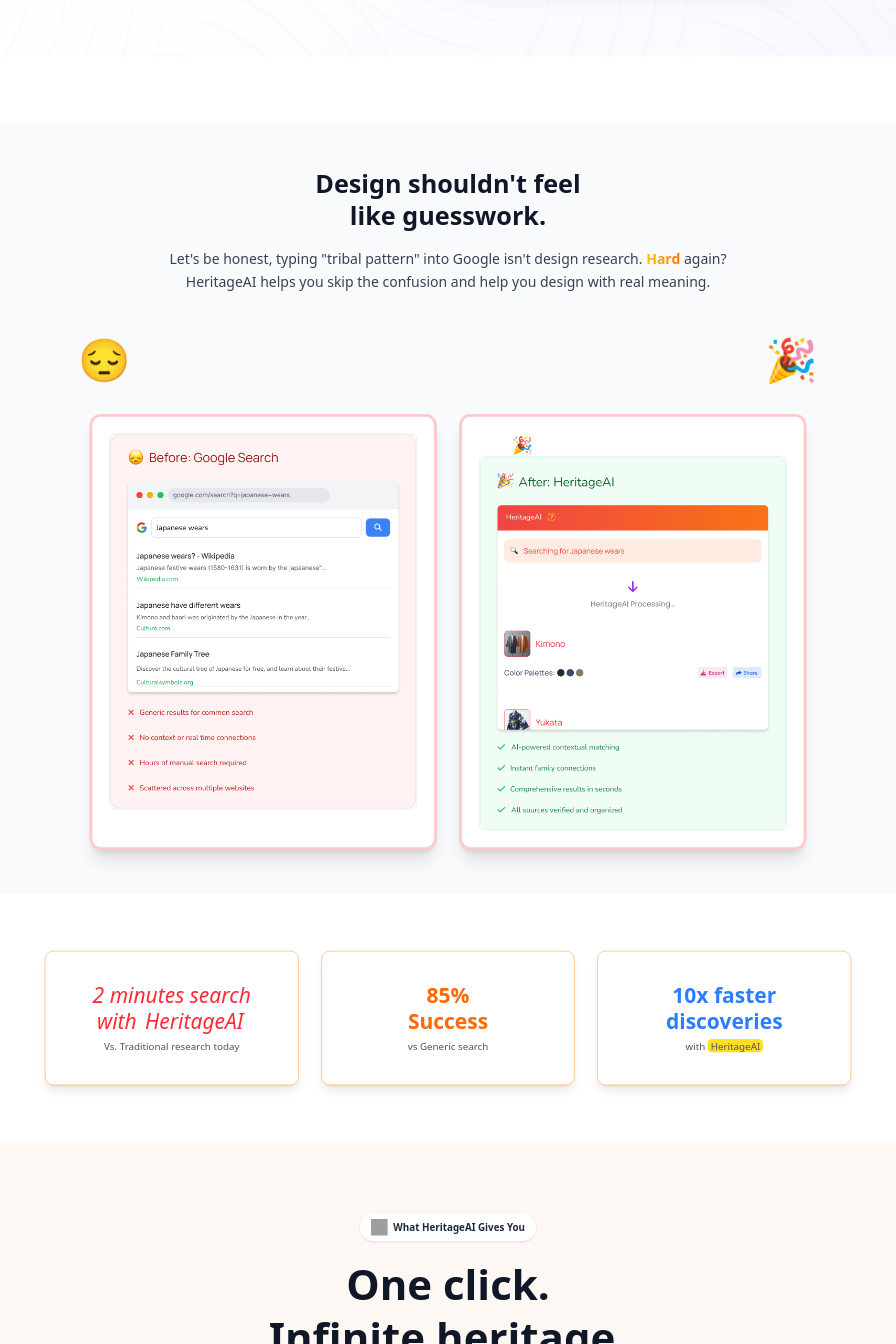
Repository: Em-driod/Heritage
Page: /
An editor plug-in stored every save of this project. The page is shown before and after the next save, followed by the edit.
The browser window is 1280 px wide. The pictures show the part of the page from y = 775 to 2695 px (the page is 5778 px tall before and 5808 px after), at 70% of full size.
Pictures or frames that could not be fetched are drawn as grey boxes. The project was rebuilt for these pictures with package versions that can differ from the ones it lists, and the page was loaded fresh each time. Also part of the build but not shown: vite.config.ts.

Above is the page before, as saved 2025-07-08 18:31:14.

After the next save:
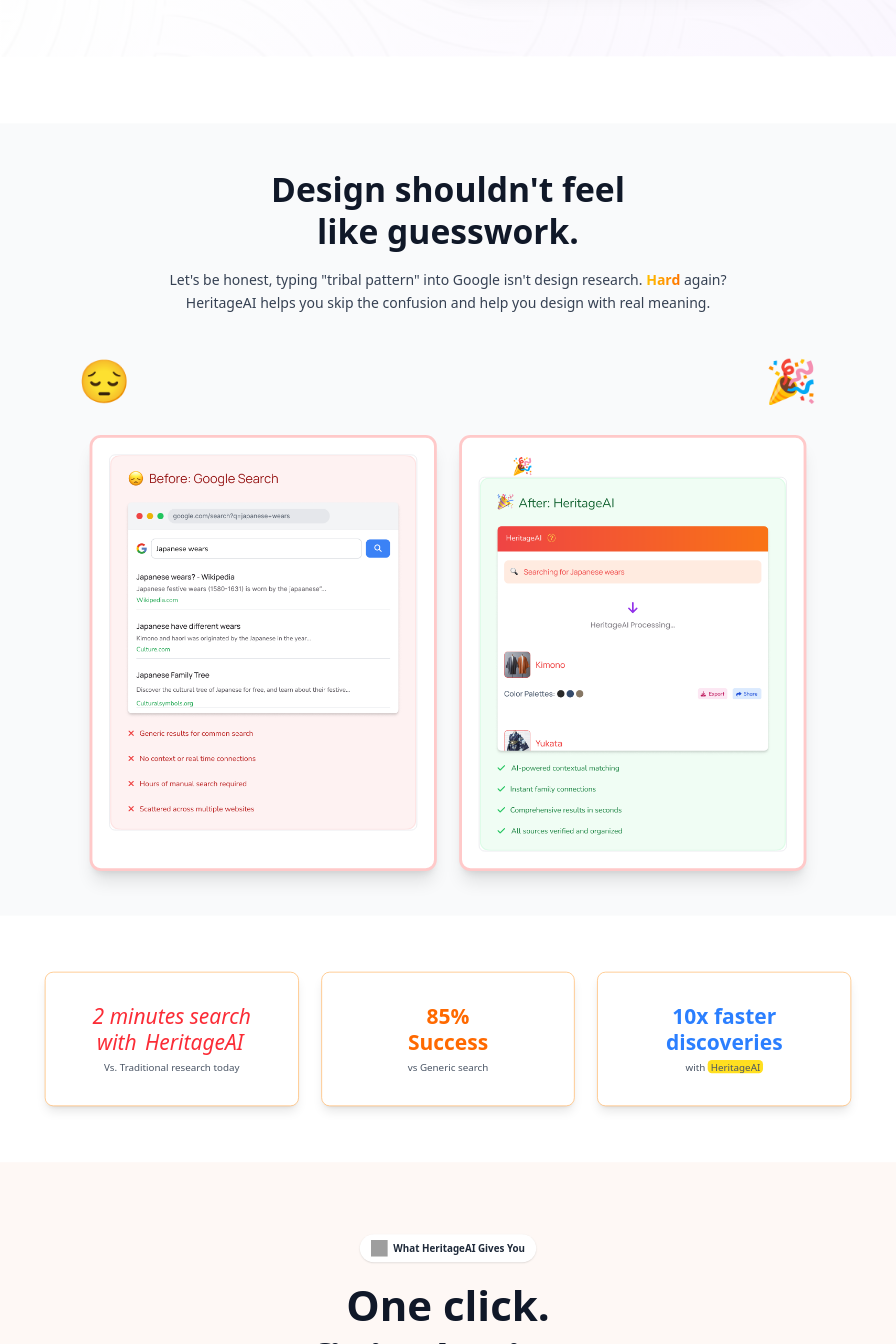
Saved 21 s later.
--- a/src/components/landsecont.tsx
+++ b/src/components/landsecont.tsx
@@ -3,7 +3,7 @@
     <div className="flex flex-col items-center justify-center min-h-screen bg-gray-50 py-16 px-4 sm:px-6 lg:px-8">
       {/* Top Section: Main Heading and Subheading */}
       <div className="text-center mb-16 max-w-4xl mx-auto">
-        <h1 className="text-4xl sm:text-5xl lg:text-4xl font-bold text-gray-900 leading-tight">
+        <h1 className="text-4xl sm:text-5xl lg:text-5xl font-bold text-gray-900 leading-tight">
           Design shouldn't feel
           <br />
           like guesswork.
